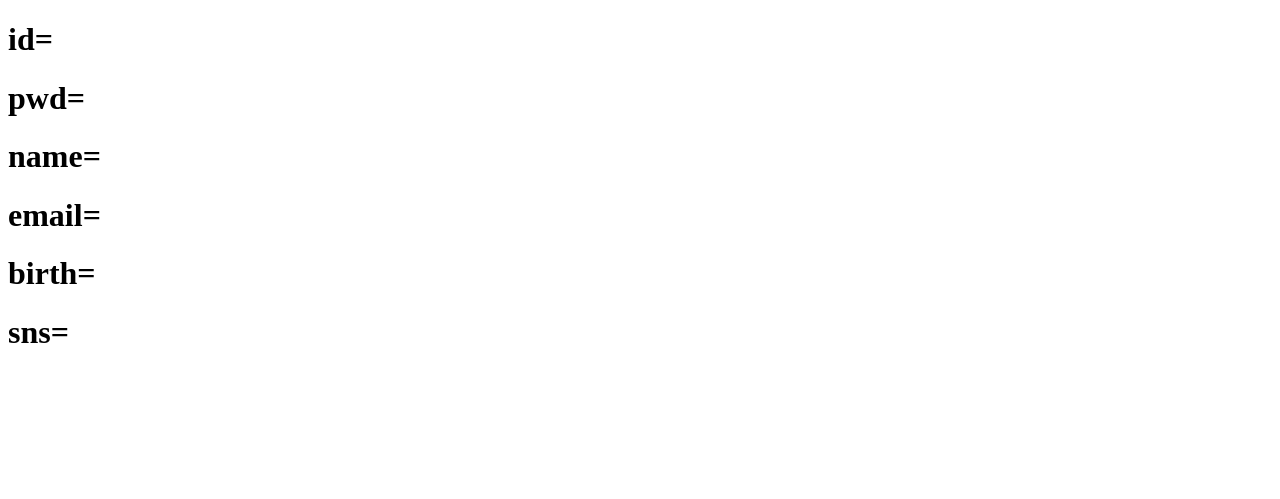
Repository: min731/Spring_Nam
Page: http://localhost/ch2/registerInfo.jsp
These files come from the project's save history. The page is drawn as it stood at one moment and after the next save; the edit follows.
The browser window is 1280 px wide. The pictures show the whole page.
The page is served by Tomcat 9. Nobody is signed in. The application's start-up code is not run.

Above is the page before, as saved 2023-02-27 15:19:22.

After the next save:
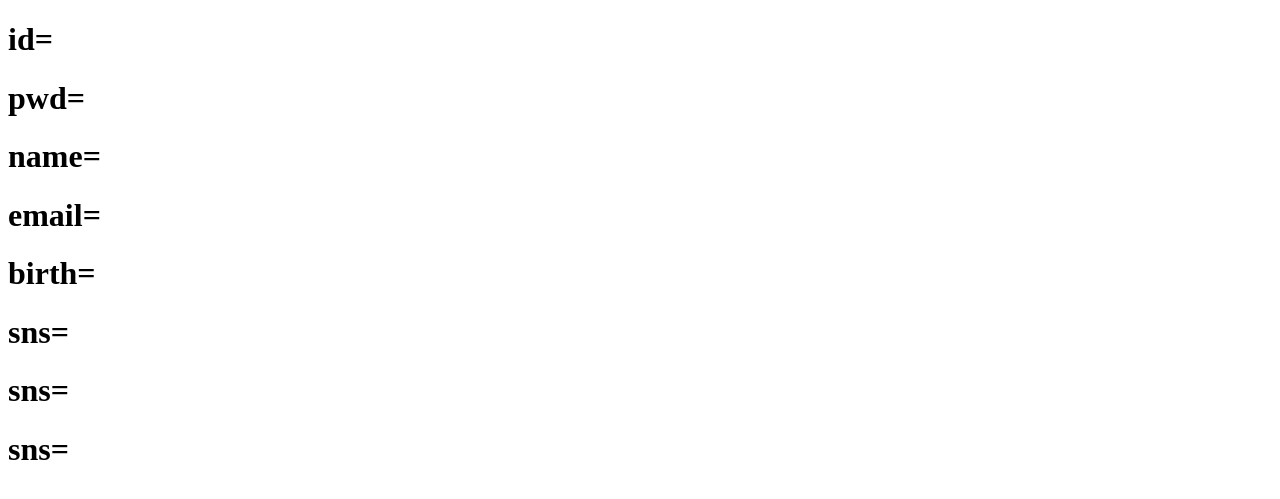
Saved 2 min 20 s later.
--- a/ch2/src/main/webapp/registerInfo.jsp
+++ b/ch2/src/main/webapp/registerInfo.jsp
@@ -12,6 +12,8 @@
 <h1>name=${param.name}</h1>
 <h1>email=${param.email}</h1>
 <h1>birth=${param.birth}</h1>
-<h1>sns=${param.sns}</h1>
+<h1>sns=${paramValues.sns[0]}</h1>
+<h1>sns=${paramValues.sns[1]}</h1>
+<h1>sns=${paramValues.sns[2]}</h1>
 </body>
 </html>
